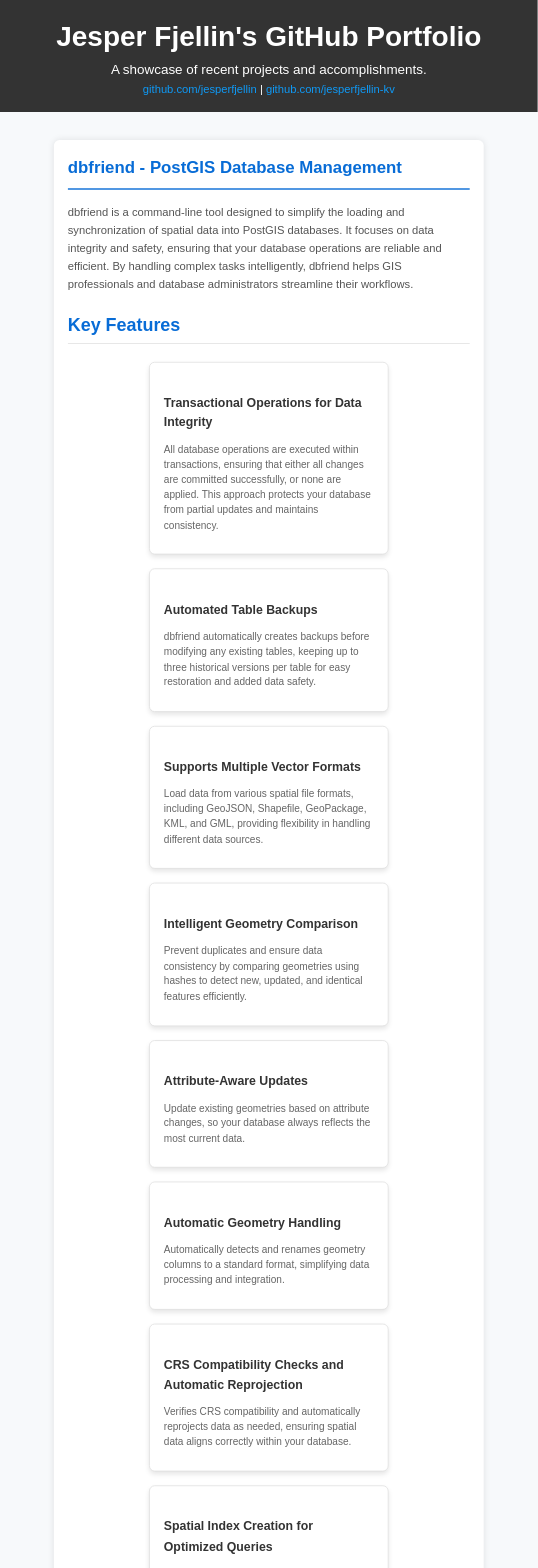
Repository: jesperfjellin/jesper-fjellin-pages
Page: index.html
These files come from the project's save history. The page is drawn as it stood at one moment and after the next save; the edit follows.
The browser window is 768 px wide. The pictures show the part of the page from y = 0 to 2240 px (the page is 5342 px tall before and 5431 px after), at 70% of full size.

Above is the page before, as saved 2024-11-08 00:08:52.

After the next save:
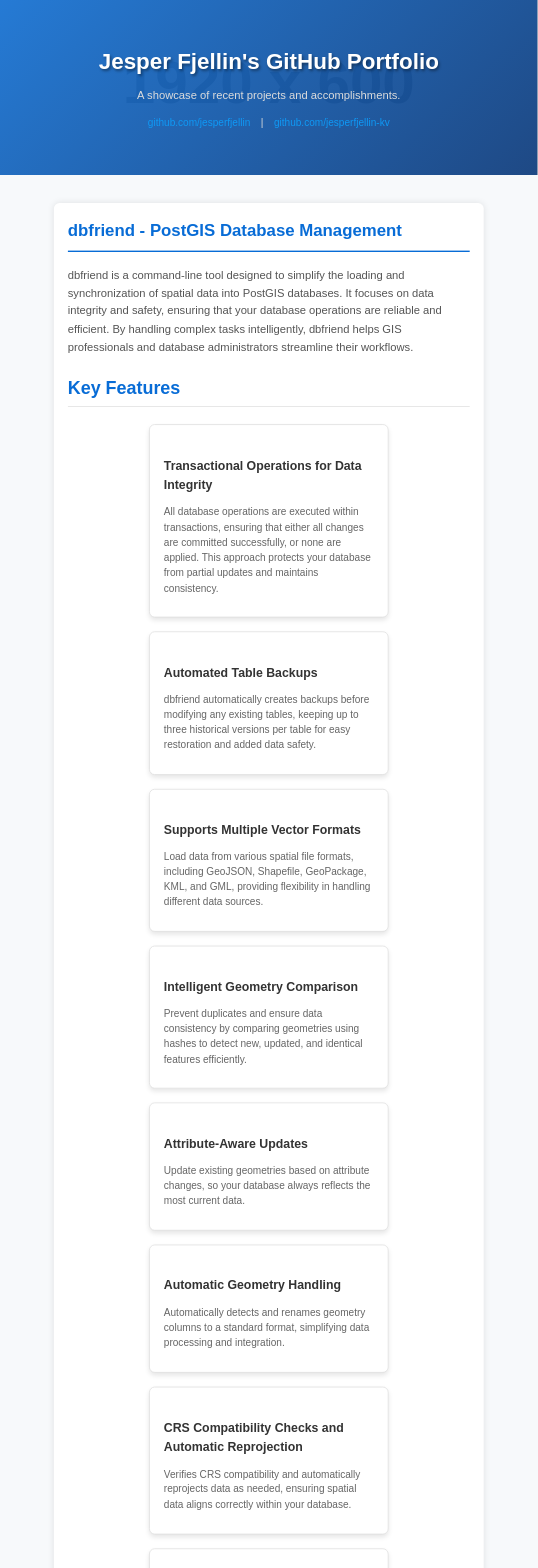
Saved 4 min 54 s later.
--- a/index.html
+++ b/index.html
@@ -22,20 +22,88 @@
             text-decoration: underline;
         }
 
-        /* Header */
+        /* Enhanced Header Style */
         header {
-            background-color: #333;
+            background: url('https://via.placeholder.com/1920x600') no-repeat center center/cover;
+            position: relative;
+            height: 300px;
+            display: flex;
+            align-items: center;
+            justify-content: center;
+            text-align: center;
             color: #fff;
-            padding: 20px 0;
-            text-align: center;
-        }
-        header h1 {
+            overflow: hidden;
+        }
+
+        header::before {
+            content: "";
+            position: absolute;
+            top: 0;
+            left: 0;
+            width: 100%;
+            height: 100%;
+            background: linear-gradient(135deg, rgba(8, 108, 214, 0.85), rgba(0, 50, 120, 0.85));
+            z-index: 1;
+        }
+
+        .header-content {
+            position: relative;
+            z-index: 2;
+            max-width: 800px;
+            padding: 0 20px;
+        }
+
+        .header-content h1 {
+            font-size: 2.8em;
+            font-weight: bold;
             margin: 0;
-            font-size: 2.5em;
-        }
-        header p {
-            margin: 0;
+            padding-bottom: 10px;
+            color: #fff;
+            text-shadow: 2px 2px 4px rgba(0, 0, 0, 0.4);
+        }
+
+        .header-content p {
             font-size: 1.2em;
+            margin: 0 0 15px;
+            color: #dcdcdc;
+        }
+
+        .github-links {
+            display: flex;
+            justify-content: center;
+            align-items: center;
+            gap: 15px;
+            font-size: 1em;
+        }
+
+        .github-links a {
+            color: #0f99f5;
+            text-decoration: none;
+            transition: color 0.3s ease;
+        }
+
+        .github-links a:hover {
+            color: #80cfff;
+        }
+
+        .github-links span {
+            color: #ddd;
+        }
+
+        /* Responsive Design */
+        @media (max-width: 768px) {
+            header {
+                height: 250px;
+            }
+            .header-content h1 {
+                font-size: 2em;
+            }
+            .header-content p {
+                font-size: 1em;
+            }
+            .github-links {
+                font-size: 0.9em;
+            }
         }
 
         /* Container */
